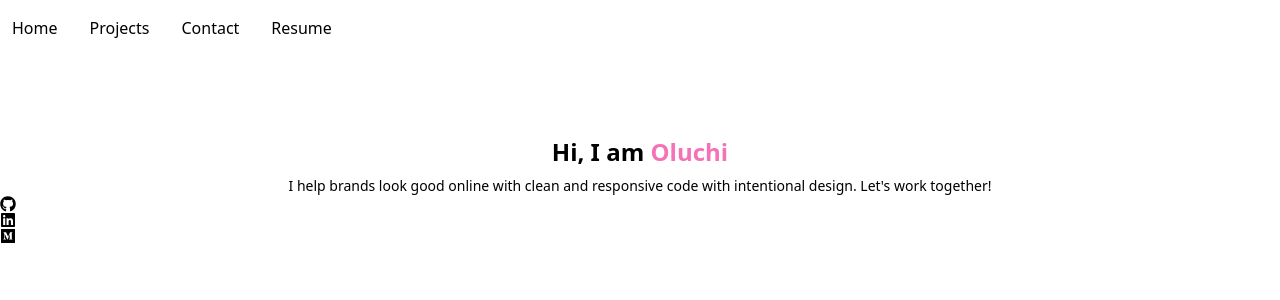
Repository: ooluchi/portfolio_
Page: / (app in my-react-app/)
The author's editor kept a copy of each file at every save. The page is drawn from the files as they stood at one save, then again after a run of saves.
The browser window is 1280 px wide. The pictures show the whole page.
The project was rebuilt for these pictures with package versions that can differ from the ones it lists, and the page was loaded fresh each time. Also part of the build but not shown: my-react-app/vite.config.ts.

Above is the page before, as saved 2025-11-20 12:05:03.

After the next 2 saves:
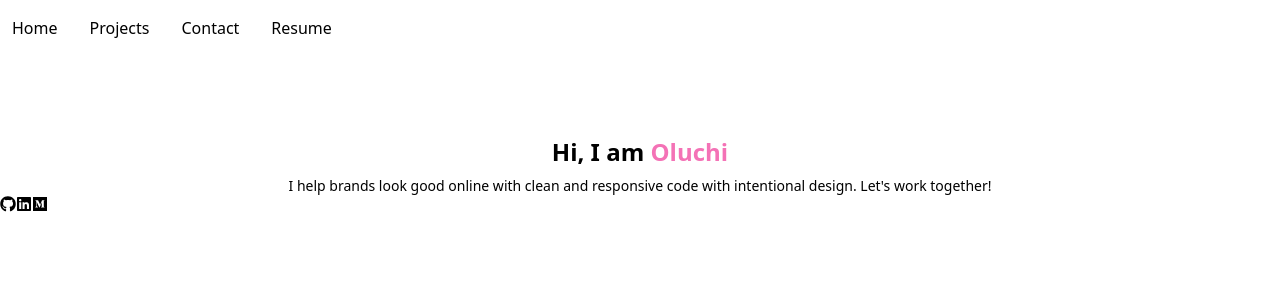
The 2 saves are shown as one change because they came seconds apart.
The last was saved 14 s later.
--- a/my-react-app/src/components/Home.tsx
+++ b/my-react-app/src/components/Home.tsx
@@ -14,7 +14,7 @@ export default function Home() {
         </div>
 
       </div>
-      <div className="text-center">
+      <div className="flex align-center">
         <a
           href="https://github.com/ooluchi"
           target="_blank"
